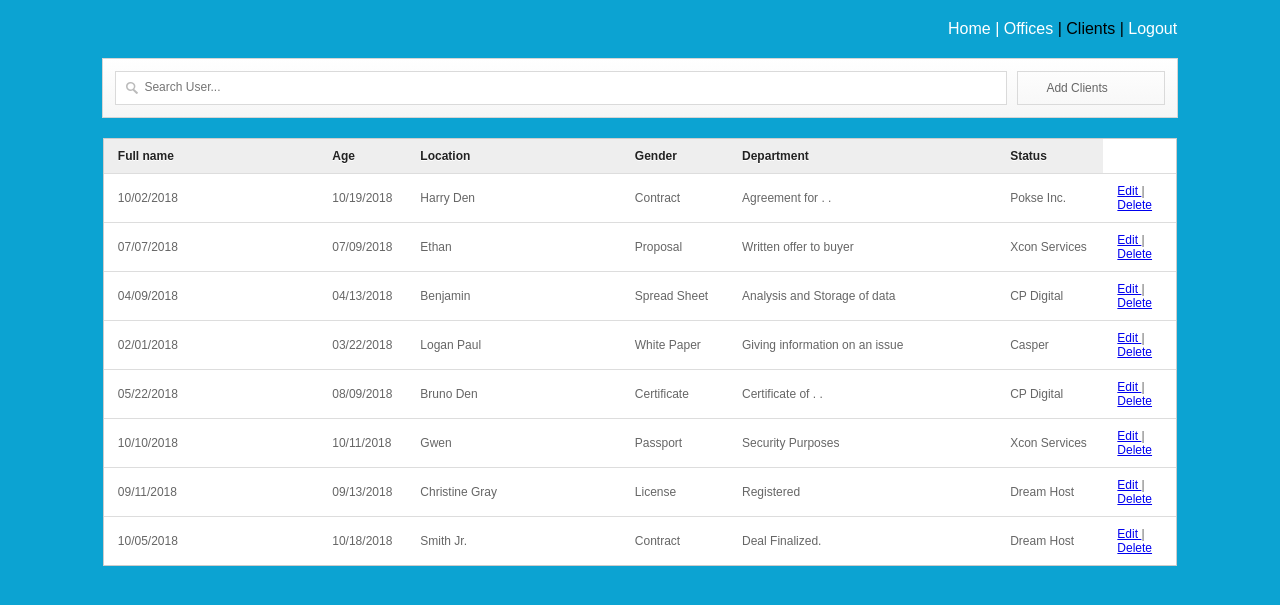
Repository: MrSyntax31/recordmanagement
Page: http://localhost/main/clients.php
An editor plug-in stored every save of this project. The page is shown before and after a run of saves, followed by the edit.
The browser window is 1280 px wide. The pictures show the whole page.
The page is run by PHP 8.4 with error messages shown; the project is at /var/www/html/. The database holds what the project's SQL file puts in it. Queries for data that is not in the repository find no rows.

Above is the page before, as saved 2022-03-03 14:42:34.

### main/clients.php
<style>
body {
	background: #0ca3d2;
}
table { border-collapse: separate; background-color: #FFFFFF; border-spacing: 0; width: 85%; color: #666666; text-shadow: 0 1px 0 #FFFFFF; border: 1px solid #CCCCCC; box-shadow: 0; margin: 0 auto;font-family: arial; }
table thead tr th { background: none repeat scroll 0 0 #EEEEEE; color: #222222; padding: 10px 14px; text-align: left; border-top: 0 none; font-size: 12px; }
table tbody tr td{
    background-color: #FFFFFF;
	font-size: 12px;
    text-align: left;
	padding: 10px 14px;
	border-top: 1px solid #DDDDDD;
}
#log {
	width: 85%;
	text-align: right;
	margin: 20px auto;
	font-family: arial;
}
#log a {
	color: #FFFFFF;
	text-decoration: none;
	font-family: arial;
}
#formdesign {
	background: linear-gradient(to bottom, #FFFFFF 0%, #F6F6F6 100%) repeat scroll 0 0 rgba(0, 0, 0, 0);
    border: 1px solid #D5D5D5;
    padding: 12px;
    position: relative;
	margin: 20px auto;
	width: 83%;
	clear: both;
	height: 34px;
}
#filter {
	-moz-box-sizing: border-box;
    background: url("img/big_search.png") no-repeat scroll 10px 10px #FFFFFF;
    box-shadow: none;
    display: block;
    font-size: 12px;
    height: 34px;
    padding: 9px 140px 9px 28px;display: block;
    font-size: 12px;
    height: 34px;
    padding: 9px 140px 9px 28px;
    width: 85%;
	border: 1px solid #DADADA;
    transition: border 0.2s linear 0s, box-shadow 0.2s linear 0s;
	padding-top: 6px;
	float: left;
}
#add {
	float: right;
	width: 8.5%;
	display: block;
    font-size: 12px;
    height: 14px;
    padding: 9px 28px 9px 28px;
	border: 1px solid #DADADA;
}
a#add {
	text-decoration: none;
	color: #666666;
	font-family: arial;
	font-size: 12px;
}

</style>
<script src="argiepolicarpio.js" type="text/javascript" charset="utf-8"></script>
<script src="js/application.js" type="text/javascript" charset="utf-8"></script>
<!--sa poip up-->
<link href="src/facebox.css" media="screen" rel="stylesheet" type="text/css" />
   <script src="lib/jquery.js" type="text/javascript"></script>
  <script src="src/facebox.js" type="text/javascript"></script>
  <script type="text/javascript">
    jQuery(document).ready(function($) {
      $('a[rel*=facebox]').facebox({
        loadingImage : 'src/loading.gif',
        closeImage   : 'src/closelabel.png'
      })
    })
  </script>
<div id="log"> <a href="index.php">Home | <a href="offices.php">Offices</a> | Clients |  <a href="../index.php">Logout</a>
</div>
<div id="formdesign">
<input type="text" name="filter" value="" id="filter" placeholder="Search User..." autocomplete="off" />
<a rel="facebox" href="add.php" id="add">Add Clients</a>
</div>
<table cellspacing="0" cellpadding="2" id="resultTable">
<thead>
	<tr>
		<th width="20%"> Full name</th>
		<th width="7%"> Age</th>
		<th width="20%"> Location </th>
		<th width="10%"> Gender </th>
		<th width="25%"> Department </th>
		<th width="10%">  Status </th>
	</tr>
</thead>
<tbody>
	<?php
		include('connect.php');
		$result = $db->prepare("SELECT * FROM transaction ORDER BY id DESC");
		$result->execute();
		for($i=0; $row = $result->fetch(); $i++){
	?>
	<tr class="record">
		<td><?php echo $row['date']; ?></td>
		<td><?php echo $row['dateout']; ?></td>
		<td><?php echo $row['receive_by']; ?></td>
		<td><?php echo $row['doc_type']; ?></td>
		<td><?php echo $row['description']; ?></td>
		<td><?php echo $row['office']; ?></td>
		<td><a rel="facebox" href="editform.php?id=<?php echo $row['id']; ?>"> Edit </a> | <a href="#" id="<?php echo $row['id']; ?>" class="delbutton" title="Click To Delete">Delete</a></td>
	</tr>
	<?php
		}
	?>
</tbody>
</table>
<script src="js/jquery.js"></script>
  <script type="text/javascript">
$(function() {


$(".delbutton").click(function(){

//Save the link in a variable called element
var element = $(this);

//Find the id of the link that was clicked
var del_id = element.attr("id");

//Built a url to send
var info = 'id=' + del_id;
 if(confirm("Sure you want to delete this update? There is NO undo!"))
		  {

 $.ajax({
   type: "GET",
   url: "delete.php",
   data: info,
   success: function(){

   }
 });
         $(this).parents(".record").animate({ backgroundColor: "#fbc7c7" }, "fast")
		.animate({ opacity: "hide" }, "slow");

 }

return false;

});

});
</script>

### main/connect.php
<?php
/* Database config */
$db_host		= 'localhost';
$db_user		= 'root';
$db_pass		= '';
$db_database	= 'record';

/* End config */

$db = new PDO('mysql:host='.$db_host.';dbname='.$db_database, $db_user, $db_pass);
$db->setAttribute(PDO::ATTR_ERRMODE, PDO::ERRMODE_EXCEPTION);

?>

### main/js/application.js
$(document).ready(function() {
	zebraRows('tr:odd td', 'odd');

	$('tbody tr').hover(function(){
	  $(this).find('td').addClass('hovered');
	}, function(){
	  $(this).find('td').removeClass('hovered');
	});

	//default each row to visible
	$('tbody tr').addClass('visible');

	//overrides CSS display:none property
	//so only users w/ JS will see the
	//filter box
	$('#search').show();

	$('#filter').keyup(function(event) {
		//if esc is pressed or nothing is entered
    if (event.keyCode == 27 || $(this).val() == '') {
			//if esc is pressed we want to clear the value of search box
			$(this).val('');

			//we want each row to be visible because if nothing
			//is entered then all rows are matched.
      $('tbody tr').removeClass('visible').show().addClass('visible');
    }

		//if there is text, lets filter
		else {
      filter('tbody tr', $(this).val());
    }

		//reapply zebra rows
		$('.visible td').removeClass('odd');
		zebraRows('.visible:even td', 'odd');
	});

	//grab all header rows
	$('thead th').each(function(column) {
		$(this).addClass('sortable')
					.click(function(){
						var findSortKey = function($cell) {
							return $cell.find('.sort-key').text().toUpperCase() + ' ' + $cell.text().toUpperCase();
						};

						var sortDirection = $(this).is('.sorted-asc') ? -1 : 1;

						//step back up the tree and get the rows with data
						//for sorting
						var $rows		= $(this).parent()
																.parent()
																.parent()
																.find('tbody tr')
																.get();

						//loop through all the rows and find
						$.each($rows, function(index, row) {
							row.sortKey = findSortKey($(row).children('td').eq(column));
						});

						//compare and sort the rows alphabetically
						$rows.sort(function(a, b) {
							if (a.sortKey < b.sortKey) return -sortDirection;
							if (a.sortKey > b.sortKey) return sortDirection;
							return 0;
						});

						//add the rows in the correct order to the bottom of the table
						$.each($rows, function(index, row) {
							$('tbody').append(row);
							row.sortKey = null;
						});

						//identify the column sort order
						$('th').removeClass('sorted-asc sorted-desc');
						var $sortHead = $('th').filter(':nth-child(' + (column + 1) + ')');
						sortDirection == 1 ? $sortHead.addClass('sorted-asc') : $sortHead.addClass('sorted-desc');

						//identify the column to be sorted by
						$('td').removeClass('sorted')
									.filter(':nth-child(' + (column + 1) + ')')
									.addClass('sorted');

						$('.visible td').removeClass('odd');
						zebraRows('.visible:even td', 'odd');
					});
	});
});


//used to apply alternating row styles
function zebraRows(selector, className)
{
	$(selector).removeClass(className)
							.addClass(className);
}

//filter results based on query
function filter(selector, query) {
	query	=	$.trim(query); //trim white space
  query = query.replace(/ /gi, '|'); //add OR for regex

  $(selector).each(function() {
    ($(this).text().search(new RegExp(query, "i")) < 0) ? $(this).hide().removeClass('visible') : $(this).show().addClass('visible');
  });
}

### main/src/facebox.css
#facebox {
  position: absolute;
  top: 0;
  left: 0;
  z-index: 100;
  text-align: left;
}


#facebox .popup{
  position:relative;
  border:3px solid rgba(0,0,0,0);
  -webkit-border-radius:5px;
  -moz-border-radius:5px;
  border-radius:5px;
  -webkit-box-shadow:0 0 18px rgba(0,0,0,0.4);
  -moz-box-shadow:0 0 18px rgba(0,0,0,0.4);
  box-shadow:0 0 18px rgba(0,0,0,0.4);
}

#facebox .content {
  display:table;
  width: 280px;
  padding: 10px;
  background: #fff;
  -webkit-border-radius:4px;
  -moz-border-radius:4px;
  border-radius:4px;
}

#facebox .content > p:first-child{
  margin-top:0;
}
#facebox .content > p:last-child{
  margin-bottom:0;
}

#facebox .close{
  position:absolute;
  top:5px;
  right:5px;
  padding:2px;
  background:#fff;
}
#facebox .close img{
  opacity:0.3;
}
#facebox .close:hover img{
  opacity:1.0;
}

#facebox .loading {
  text-align: center;
}

#facebox .image {
  text-align: center;
}

#facebox img {
  border: 0;
  margin: 0;
}

#facebox_overlay {
  position: fixed;
  top: 0px;
  left: 0px;
  height:100%;
  width:100%;
}

.facebox_hide {
  z-index:-100;
}

.facebox_overlayBG {
  background-color: #000;
  z-index: 99;
}

.hoverbox
{
	cursor: default;
	list-style: none;
}

.hoverbox a
{
	cursor:pointer;
}


.hoverbox img
{
	background: #fff;
	border-color: #aaa #ccc #ddd #bbb;
	border-style: solid;
	border-width: 1px;
	color: inherit;
	padding: 2px;
	vertical-align: top;
	width: 115px;
	height: 70px;
	margin-bottom:5px;
}

### main/src/facebox.js
/*
 * Facebox (for jQuery)
 * version: 1.2 (05/05/2008)
 * @requires jQuery v1.2 or later
 *
 * Examples at http://famspam.com/facebox/
 *
 * Licensed under the MIT:
 *   http://www.opensource.org/licenses/mit-license.php
 *
 * Copyright 2007, 2008 Chris Wanstrath [ chris@ozmm.org ]
 *
 * Usage:
 *
 *  jQuery(document).ready(function() {
 *    jQuery('a[rel*=facebox]').facebox()
 *  })
 *
 *  <a href="#terms" rel="facebox">Terms</a>
 *    Loads the #terms div in the box
 *
 *  <a href="terms.html" rel="facebox">Terms</a>
 *    Loads the terms.html page in the box
 *
 *  <a href="terms.png" rel="facebox">Terms</a>
 *    Loads the terms.png image in the box
 *
 *
 *  You can also use it programmatically:
 *
 *    jQuery.facebox('some html')
 *    jQuery.facebox('some html', 'my-groovy-style')
 *
 *  The above will open a facebox with "some html" as the content.
 *
 *    jQuery.facebox(function($) {
 *      $.get('blah.html', function(data) { $.facebox(data) })
 *    })
 *
 *  The above will show a loading screen before the passed function is called,
 *  allowing for a better ajaxy experience.
 *
 *  The facebox function can also display an ajax page, an image, or the contents of a div:
 *
 *    jQuery.facebox({ ajax: 'remote.html' })
 *    jQuery.facebox({ ajax: 'remote.html' }, 'my-groovy-style')
 *    jQuery.facebox({ image: 'stairs.jpg' })
 *    jQuery.facebox({ image: 'stairs.jpg' }, 'my-groovy-style')
 *    jQuery.facebox({ div: '#box' })
 *    jQuery.facebox({ div: '#box' }, 'my-groovy-style')
 *
 *  Want to close the facebox?  Trigger the 'close.facebox' document event:
 *
 *    jQuery(document).trigger('close.facebox')
 *
 *  Facebox also has a bunch of other hooks:
 *
 *    loading.facebox
 *    beforeReveal.facebox
 *    reveal.facebox (aliased as 'afterReveal.facebox')
 *    init.facebox
 *    afterClose.facebox
 *
 *  Simply bind a function to any of these hooks:
 *
 *   $(document).bind('reveal.facebox', function() { ...stuff to do after the facebox and contents are revealed... })
 *
 */
(function($) {
  $.facebox = function(data, klass) {
    $.facebox.loading()

    if (data.ajax) fillFaceboxFromAjax(data.ajax, klass)
    else if (data.image) fillFaceboxFromImage(data.image, klass)
    else if (data.div) fillFaceboxFromHref(data.div, klass)
    else if ($.isFunction(data)) data.call($)
    else $.facebox.reveal(data, klass)
  }

  /*
   * Public, $.facebox methods
   */

  $.extend($.facebox, {
    settings: {
      opacity      : 0.2,
      overlay      : false,
      loadingImage : '/facebox/loading.gif',
      closeImage   : '/facebox/closelabel.png',
      imageTypes   : [ 'png', 'jpg', 'jpeg', 'gif' ],
      faceboxHtml  : '\
    <div id="facebox" style="display:none;"> \
      <div class="popup"> \
        <div class="content"> \
        </div> \
        <a href="#" class="close"><img src="/facebox/closelabel.png" title="close" class="close_image" /></a> \
      </div> \
    </div>'
    },

    loading: function() {
      init()
      if ($('#facebox .loading').length == 1) return true
      showOverlay()

      $('#facebox .content').empty()
      $('#facebox .body').children().hide().end().
        append('<div class="loading"><img src="'+$.facebox.settings.loadingImage+'"/></div>')

      $('#facebox').css({
        top:	getPageScroll()[1] + (getPageHeight() / 10),
        left:	$(window).width() / 2 - 205
      }).show()

      $(document).bind('keydown.facebox', function(e) {
        if (e.keyCode == 27) $.facebox.close()
        return true
      })
      $(document).trigger('loading.facebox')
    },

    reveal: function(data, klass) {
      $(document).trigger('beforeReveal.facebox')
      if (klass) $('#facebox .content').addClass(klass)
      $('#facebox .content').append(data)
      $('#facebox .loading').remove()
      $('#facebox .body').children().fadeIn('normal')
      $('#facebox').css('left', $(window).width() / 2 - ($('#facebox .popup').width() / 2))
      $(document).trigger('reveal.facebox').trigger('afterReveal.facebox')
    },

    close: function() {
      $(document).trigger('close.facebox')
      return false
    }
  })

  /*
   * Public, $.fn methods
   */

  $.fn.facebox = function(settings) {
    if ($(this).length == 0) return

    init(settings)

    function clickHandler() {
      $.facebox.loading(true)

      // support for rel="facebox.inline_popup" syntax, to add a class
      // also supports deprecated "facebox[.inline_popup]" syntax
      var klass = this.rel.match(/facebox\[?\.(\w+)\]?/)
      if (klass) klass = klass[1]

      fillFaceboxFromHref(this.href, klass)
      return false
    }

    return this.bind('click.facebox', clickHandler)
  }

  /*
   * Private methods
   */

  // called one time to setup facebox on this page
  function init(settings) {
    if ($.facebox.settings.inited) return true
    else $.facebox.settings.inited = true

    $(document).trigger('init.facebox')
    makeCompatible()

    var imageTypes = $.facebox.settings.imageTypes.join('|')
    $.facebox.settings.imageTypesRegexp = new RegExp('\.(' + imageTypes + ')$', 'i')

    if (settings) $.extend($.facebox.settings, settings)
    $('body').append($.facebox.settings.faceboxHtml)

    var preload = [ new Image(), new Image() ]
    preload[0].src = $.facebox.settings.closeImage
    preload[1].src = $.facebox.settings.loadingImage

    $('#facebox').find('.b:first, .bl').each(function() {
      preload.push(new Image())
      preload.slice(-1).src = $(this).css('background-image').replace(/url\((.+)\)/, '$1')
    })

    $('#facebox .close').click($.facebox.close)
    $('#facebox .close_image').attr('src', $.facebox.settings.closeImage)
  }

  // getPageScroll() by quirksmode.com
  function getPageScroll() {
    var xScroll, yScroll;
    if (self.pageYOffset) {
      yScroll = self.pageYOffset;
      xScroll = self.pageXOffset;
    } else if (document.documentElement && document.documentElement.scrollTop) {	 // Explorer 6 Strict
      yScroll = document.documentElement.scrollTop;
      xScroll = document.documentElement.scrollLeft;
    } else if (document.body) {// all other Explorers
      yScroll = document.body.scrollTop;
      xScroll = document.body.scrollLeft;
    }
    return new Array(xScroll,yScroll)
  }

  // Adapted from getPageSize() by quirksmode.com
  function getPageHeight() {
    var windowHeight
    if (self.innerHeight) {	// all except Explorer
      windowHeight = self.innerHeight;
    } else if (document.documentElement && document.documentElement.clientHeight) { // Explorer 6 Strict Mode
      windowHeight = document.documentElement.clientHeight;
    } else if (document.body) { // other Explorers
      windowHeight = document.body.clientHeight;
    }
    return windowHeight
  }

  // Backwards compatibility
  function makeCompatible() {
    var $s = $.facebox.settings

    $s.loadingImage = $s.loading_image || $s.loadingImage
    $s.closeImage = $s.close_image || $s.closeImage
    $s.imageTypes = $s.image_types || $s.imageTypes
    $s.faceboxHtml = $s.facebox_html || $s.faceboxHtml
  }

  // Figures out what you want to display and displays it
  // formats are:
  //     div: #id
  //   image: blah.extension
  //    ajax: anything else
  function fillFaceboxFromHref(href, klass) {
    // div
    if (href.match(/#/)) {
      var url    = window.location.href.split('#')[0]
      var target = href.replace(url,'')
      if (target == '#') return
      $.facebox.reveal($(target).html(), klass)

    // image
    } else if (href.match($.facebox.settings.imageTypesRegexp)) {
      fillFaceboxFromImage(href, klass)
    // ajax
    } else {
      fillFaceboxFromAjax(href, klass)
    }
  }

  function fillFaceboxFromImage(href, klass) {
    var image = new Image()
    image.onload = function() {
      $.facebox.reveal('<div class="image"><img src="' + image.src + '" /></div>', klass)
    }
    image.src = href
  }

  function fillFaceboxFromAjax(href, klass) {
    $.get(href, function(data) { $.facebox.reveal(data, klass) })
  }

  function skipOverlay() {
    return $.facebox.settings.overlay == false || $.facebox.settings.opacity === null
  }

  function showOverlay() {
    if (skipOverlay()) return

    if ($('#facebox_overlay').length == 0)
      $("body").append('<div id="facebox_overlay" class="facebox_hide"></div>')

    $('#facebox_overlay').hide().addClass("facebox_overlayBG")
      .css('opacity', $.facebox.settings.opacity)
      .click(function() { $(document).trigger('close.facebox') })
      .fadeIn(200)
    return false
  }

  function hideOverlay() {
    if (skipOverlay()) return

    $('#facebox_overlay').fadeOut(200, function(){
      $("#facebox_overlay").removeClass("facebox_overlayBG")
      $("#facebox_overlay").addClass("facebox_hide")
      $("#facebox_overlay").remove()
    })

    return false
  }

  /*
   * Bindings
   */

  $(document).bind('close.facebox', function() {
    $(document).unbind('keydown.facebox')
    $('#facebox').fadeOut(function() {
      $('#facebox .content').removeClass().addClass('content')
      $('#facebox .loading').remove()
      $(document).trigger('afterClose.facebox')
    })
    hideOverlay()
  })

})(jQuery);

### main/DATABASE/record.sql (the tables this page reads)
CREATE TABLE IF NOT EXISTS `transaction` (
`id` int(11) NOT NULL,
  `date` varchar(100) NOT NULL,
  `doc_type` varchar(100) NOT NULL,
  `description` varchar(1000) NOT NULL,
  `office` varchar(100) NOT NULL,
  `status` varchar(100) NOT NULL,
  `dateout` varchar(100) NOT NULL,
  `receive_by` varchar(100) NOT NULL,
  `ft` varchar(100) NOT NULL
) ENGINE=InnoDB AUTO_INCREMENT=9 DEFAULT CHARSET=latin1;

INSERT INTO `transaction` (`id`, `date`, `doc_type`, `description`, `office`, `status`, `dateout`, `receive_by`, `ft`) VALUES
(1, '10/05/2018', 'Contract', 'Deal Finalized. ', 'Dream Host', 'Completed', '10/18/2018', 'Smith Jr.', 'Paul Rudd'),
(2, '09/11/2018', 'License', 'Registered', 'Dream Host', 'Completed', '09/13/2018', 'Christine Gray', 'Stephen Strange'),
(3, '10/10/2018', 'Passport', 'Security Purposes', 'Xcon Services', 'Authentication Failed', '10/11/2018', 'Gwen', 'John Doe'),
(4, '05/22/2018', 'Certificate', 'Certificate of . .', 'CP Digital', 'Completed', '08/09/2018', 'Bruno Den', 'James William'),
(5, '02/01/2018', 'White Paper', 'Giving information on an issue', 'Casper', 'Needs to View', '03/22/2018', 'Logan Paul', 'Elijah'),
(6, '04/09/2018', 'Spread Sheet', 'Analysis and Storage of data', 'CP Digital', 'Delivered', '04/13/2018', 'Benjamin', 'James William'),
(7, '07/07/2018', 'Proposal', 'Written offer to buyer', 'Xcon Services', 'Declined', '07/09/2018', 'Ethan', 'John Doe'),
(8, '10/02/2018', 'Contract', 'Agreement for . .', 'Pokse Inc.', 'Needs to Sign', '10/19/2018', 'Harry Den', 'Ryan Carter');

ALTER TABLE `transaction`
 ADD PRIMARY KEY (`id`);

ALTER TABLE `transaction`
MODIFY `id` int(11) NOT NULL AUTO_INCREMENT,AUTO_INCREMENT=9;

Loaded but not shown: main/argiepolicarpio.js (library); main/lib/jquery.js (library); main/js/jquery.js (library)

After the next 2 saves:
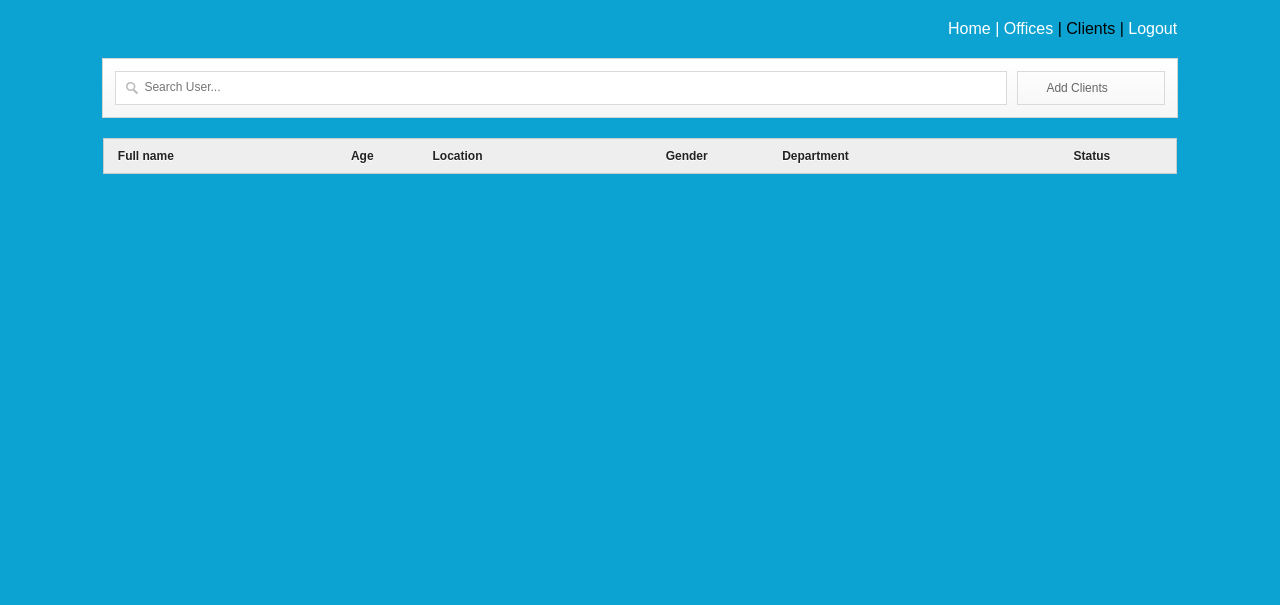
The 2 saves are shown as one change because they came seconds apart.
The last was saved 3 min 55 s later.
--- a/main/clients.php
+++ b/main/clients.php
@@ -100,7 +100,7 @@ a#add {
 <tbody>
 	<?php
 		include('connect.php');
-		$result = $db->prepare("SELECT * FROM transaction ORDER BY id DESC");
+		$result = $db->prepare("SELECT * FROM users ORDER BY id DESC");
 		$result->execute();
 		for($i=0; $row = $result->fetch(); $i++){
 	?>
